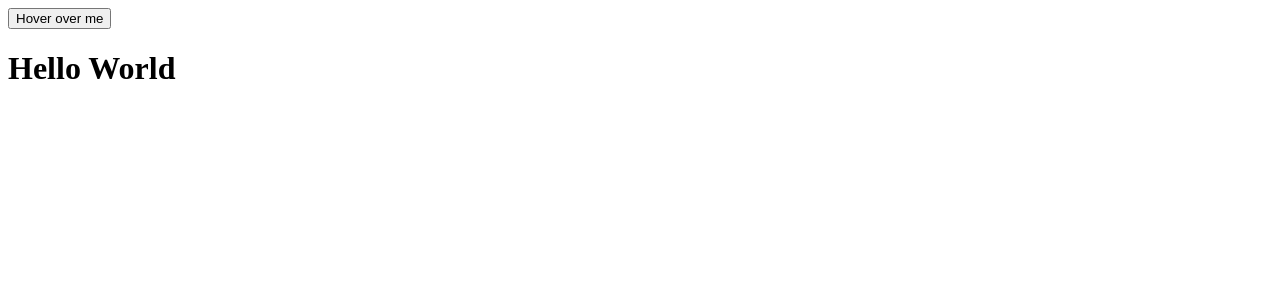
Repository: aedawes/cs260
Page: VueAssignments/lesson3/index.html
An editor plug-in stored every save of this project. The page is shown before and after the next save, followed by the edit.
The browser window is 1280 px wide. The pictures show the whole page.

Above is the page before, as saved 2022-02-24 20:47:40.

### VueAssignments/lesson3/index.html
<!DOCTYPE html>
<html>
    <head>
        <link rel="stylesheet" href="./styles.css">
    </head>
    <body>
        <div id="root">
            <button v-bind:title="title">Hover over me</button>
        </div>
        <h1 :class="className">Hello World</h1>
        <script src="https://cdn.jsdelivr.net/npm/vue/dist/vue.js"></script>
        <script text="type/javascript" src="script.js"></script>
    </body>
</html>

### VueAssignments/lesson3/styles.css
.red {
    color: #AA1E32;
}
.blue {
    color: #1AA3E9;
}

### VueAssignments/lesson3/script.js
let app = new Vue({
    // bind it to the #root div in the DOM
    el: "#root",
    // provide data for bindings
    data: {
      title: 'Brought to you by JavaScript'
    },
});

After the next save:
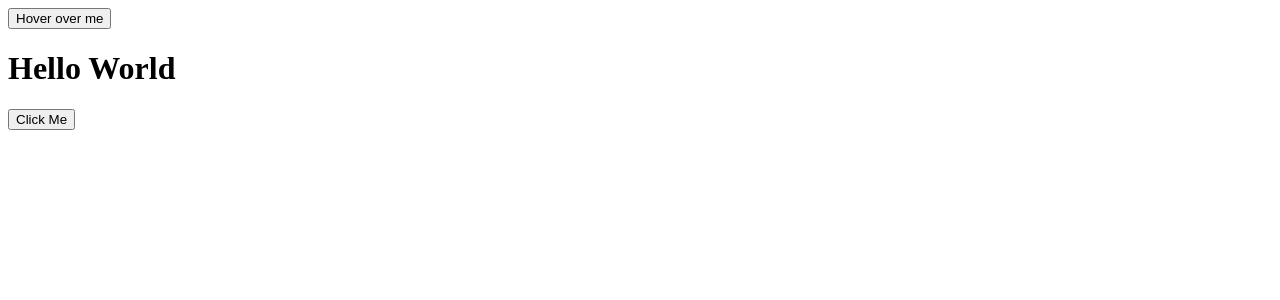
Saved 19 min 3 s later.
--- a/VueAssignments/lesson3/index.html
+++ b/VueAssignments/lesson3/index.html
@@ -6,8 +6,9 @@
     <body>
         <div id="root">
             <button v-bind:title="title">Hover over me</button>
+            <h1 :class="className">Hello World</h1>
+            <button :class="{ 'blue': isLoading}" @click="toggleLoading">Click Me</button>
         </div>
-        <h1 :class="className">Hello World</h1>
         <script src="https://cdn.jsdelivr.net/npm/vue/dist/vue.js"></script>
         <script text="type/javascript" src="script.js"></script>
     </body>
